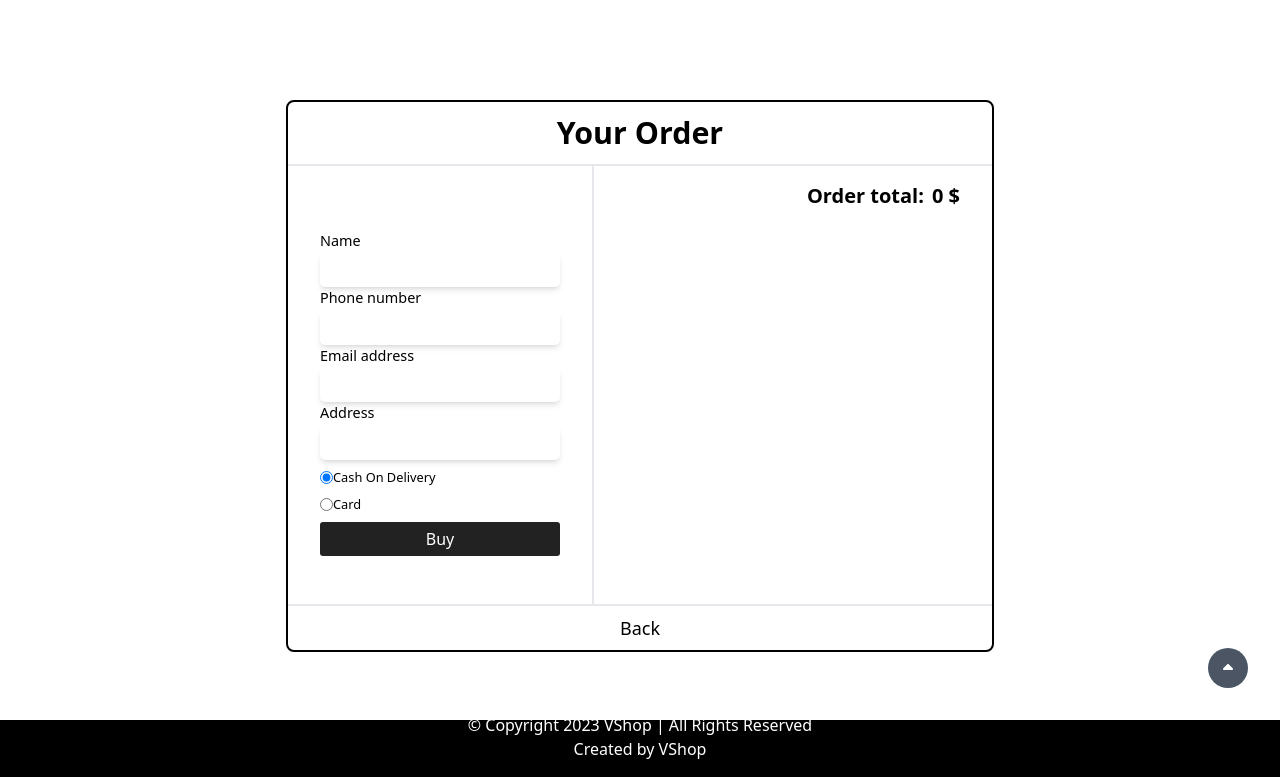
Repository: Kith933UTH/VSHOP
Page: /payment
The author's editor kept a copy of each file at every save. The page is drawn from the files as they stood at one save, then again after the next save.
The browser window is 1280 px wide. The pictures show the whole page.
Pictures or frames that could not be fetched are drawn as grey boxes. The project was rebuilt for these pictures with package versions that can differ from the ones it lists, and the page was loaded fresh each time. Also part of the build but not shown: src/components/product-item/ProductItem.js, src/components/loader/Loader.js, src/constants/constants.js, src/components/product-filters/Category.js, src/components/product-filters/Price.js, src/components/product-filters/Rating.js, src/components/product-filters/ProductFilters.js, src/components/cart-shopping/CartEmpty.js and 21 more.

Above is the page before, as saved 2023-08-05 00:27:58.

### public/index.html
<!DOCTYPE html>
<html lang="en">
  <head>
    <meta charset="utf-8" />
    <link rel="icon" href="./logo.png" />
    <meta name="viewport" content="width=device-width, initial-scale=1" />
    <meta name="theme-color" content="#000000" />
    <meta
      name="description"
      content="Web site created using create-react-app"
    />
    <link rel="apple-touch-icon" href="%PUBLIC_URL%/logo192.png" />
    <!--
      manifest.json provides metadata used when your web app is installed on a
      user's mobile device or desktop. See https://developers.google.com/web/fundamentals/web-app-manifest/
    -->
    <link rel="manifest" href="%PUBLIC_URL%/manifest.json" />
    <!--
      Notice the use of %PUBLIC_URL% in the tags above.
      It will be replaced with the URL of the `public` folder during the build.
      Only files inside the `public` folder can be referenced from the HTML.

      Unlike "/favicon.ico" or "favicon.ico", "%PUBLIC_URL%/favicon.ico" will
      work correctly both with client-side routing and a non-root public URL.
      Learn how to configure a non-root public URL by running `npm run build`.
    -->
    <title>VShop</title>
  </head>
  <body>
    <noscript>You need to enable JavaScript to run this app.</noscript>
    <div id="root"></div>
  </body>
</html>

### src/index.js
import React from 'react'
import ReactDOM from 'react-dom/client'
import App from './App'
import {Provider} from "react-redux"
import {BrowserRouter} from "react-router-dom"
import {store} from "./redux"
import './index.css'

const root = ReactDOM.createRoot(document.getElementById('root'))
root.render(
    <Provider store={store}>
        <BrowserRouter>
            <App />
        </BrowserRouter>
    </Provider>
)

### src/redux/index.js
import {configureStore} from "@reduxjs/toolkit"
import {productsApi} from "./products/products.api"
import {productReducer} from "./products/products.slice"
import {setupListeners} from "@reduxjs/toolkit/query"

export const store = configureStore({
    reducer: {
        [productsApi.reducerPath]: productsApi.reducer,
        product: productReducer
    },
    middleware: getDefaultMiddleware => getDefaultMiddleware().concat(productsApi.middleware)
})

setupListeners(store.dispatch)

### src/index.css
@tailwind base;
@tailwind components;
@tailwind utilities;

@layer utilities {
    input[type="number"]::-webkit-inner-spin-button,
    input[type="number"]::-webkit-outer-spin-button {
        @apply appearance-none;
    }
}

html, body {
    width: 100%;
    height: 100%;
}

body::-webkit-scrollbar,
.box-item::-webkit-scrollbar,
.search-box::-webkit-scrollbar{
    width: 8px;
}

main {
    display: flex;
    flex-direction: column;
    height: 100%;
}

body::-webkit-scrollbar-thumb,
.box-item::-webkit-scrollbar-thumb,
.search-box::-webkit-scrollbar-thumb{
    background-color: #ccc;
    border-radius: 20px;
}

#root {
    height: 100%;
}

body {
    overflow: hidden;
}

.productItem:hover {
    transition: opacity .3s linear;
    opacity: .5;
}

.box-item {
    height: 320px;
    overflow-y: scroll;
}

/* Loader */
.loader-box {
    width: 100px;
    height: 100px;
    display: flex;
    justify-content: center;
    align-items: center;
    margin: 50px auto 0;
}

.loader{
    position: relative;
    width: 70px;
    height: 70px;
}

.loader span {
    position: absolute;
    top:0;
    left: 0;
    width: 100%;
    height: 100%;
    transform: rotate(calc(18deg * var(--i)));
}

.loader span::before {
    content:'';
    position: absolute;
    top: 0;
    left: 0;
    width: 10px;
    height: 10px;
    background: #000;
    border-radius: 50%;
    transform: scale(0);
    animation: animate 2s linear infinite;
    animation-delay: calc(0.1s * var(--i));
}
@keyframes animate {
    0%{
        transform: scale(0);
    }
    10%{
        transform: scale(1.2);
    }
    80%,100%{
        transform: scale(0);
    }
}

### src/context/context.js
import {createContext} from "react"

export const Context = createContext()

### src/components/payment/Payment.js
import React from "react"
import {useDispatch, useSelector} from "react-redux"
import { Link, useNavigate } from "react-router-dom"
import { CartItemPayment } from "./CartItemPayment"
import './index.css'
export function Payment({login}) {
    const navigate = useNavigate()
    const {cart, btnCart} = useSelector(state => state.product)
    const totalPrice = () => {
        let price = 0
        cart.forEach(item => price += item.price * item.quantity)
        return Math.round(price * 0.9 * 100) / 100
    }

    return (
        <div className="payment-page text-center m-5-auto flex justify-center">
            <div className="border-2 rounded-lg border-black w-max h-fit">
            <h2 className="p-2">Your Order</h2>
            <div className="flex flex-row justify-center border-y-2">
                <form className="border-none bg-none m-0" action="/success">
                    <p>
                        <label>Name</label><br/>
                        <input className='shadow-md' type="text" name="name" required />
                    </p>
                    <p>
                        <label>Phone number</label><br/>
                        <input className='shadow-md' type="tel" name="tel" required />
                    </p>
                    <p>
                        <label>Email address</label><br/>
                        <input className='shadow-md' type="email" name="email" required />
                    </p>
                    <p>
                        <label>Address</label><br/>
                        <input className='shadow-md'  type="text" name="address" required />
                    </p>
                    <p className='flex justify-start pt-2'>
                        <input className='' type="radio" name="checkbox" defaultChecked/> <span>Cash On Delivery</span>
                    </p>
                    <p className='flex justify-start py-2'>
                        <input className='' type="radio" name="checkbox" /> <span>Card</span>
                    </p>

                    <p>
                        <button id="sub_btn"  type="submit">Buy</button>
                    </p>
                </form>
                <div className={`min-w-[400px] border-l-2 px-4 ${cart.length > 2 ? 'box-item' : ''}`}>
                    {cart.map(item => <CartItemPayment key={item.id} item={item}/>)}
                    <div className='flex justify-center sm:justify-end pt-4'>
                        <div className='w-fit rounded-xl flex flex-col justify-between items-center sm:flex-row'>
                            <div className='mr-0 sm:mr-4 font-semibold'>
                                <span className='mr-2 text-base sm:text-xl'>Order total:</span>
                                <span className='text-base sm:text-xl'>{totalPrice()} $</span>
                            </div>
                        </div>
                    </div>
                </div>
            </div>
            <footer>
                <button className="text-lg p-2" onClick={() => navigate(-1)}>Back</button>
            </footer>
            </div>
        </div>
    )
}

### src/components/policy/Policy.js
import React from "react"
import { Link } from "react-router-dom"
export function Policy() {
    return (
        <div className='text-white in-h-fit max-w-[1240px] mx-auto py-2 text-sm sm:text-base flex justify-around items-cente'>
            <Link className='text-lg font-medium text-center' to='/return-policy'>
                RETURN POLICIES
            </Link>
            <Link className='text-lg font-medium text-center' to='/warranty-policy'>
                WARRANTY POLICIES
            </Link>
            <Link className='text-lg font-medium text-center' to='/shipping-policy'>
                SHIPPING POLICIES
            </Link>
        </div>
    )
}

### src/components/login/index.css
/* .m-5-auto {
    margin: 5rem auto
} */

.primary-button {
    margin-top: 5rem;
    margin-right: 1rem;
    padding: .6rem;
    width: 10rem;
    background: #222;
    border: none;
    color: #fff;
    font-size: 1.2rem;
    transition: all .5s;
    cursor: pointer;
    text-transform: capitalize
}

/***    Landing Page     ***/
.main-title,
.main-para {
    color: #f1f1f1
}

.main-title {
    padding-top: 10rem;
    font-size: 5rem;
    font-family: 'Fascinate', cursive;
    text-transform: uppercase
}

.main-para {
    font-size: 2.5rem;
    text-Transform: capitalize
}

#reg_btn span {
    display: inline-block;
    position: relative;
    transition: 0.5s;
}

#reg_btn span:after {
    content: '\00bb';
    position: absolute;
    opacity: 0;
    top: 0;
    right: -20px;
    transition: 0.5s;
}

#reg_btn:hover span {
  padding-right: 25px;
}

#reg_btn:hover span:after {
  opacity: 1;
  right: 0;
}

/***    Login Page     ***/
.login-page h2 {
    font-weight: 700;
    font-size: 1.9rem;
}
.login-page {
    position: fixed;
    top: 0;
    left: 0;
    right: 0;
    bottom: 0;
    z-index: 10;
    background-color: white;
    padding-top: 100px;
}

.login-page form {
    display: inline-block;
    background: #f3f3f3;
    border: 1px solid #ddd;
    border-radius: 2px;
    padding: 2rem;
    margin: 2rem 0 1rem 0
}

.login-page form label {
    float: left;
    font-size: .9rem;
    margin: 0;
    padding: 0
}

.right-label {
    float: right;
    cursor: pointer
}

.login-page input {
    width: 15rem;
    padding: .3rem;
    border-radius: 5px;
    outline: none;
    border: none
}

#sub_btn {
    display: block;
    width: 100%;
    padding: .3rem;
    border: none;
    background: #222;
    color: #fff;
    border-radius: 3px;
}

#sub_btn:hover {
    background: #333;
    transition: all .5s
}

/* footer p {
    margin: 0;
    font-size: .9rem
} */

/***    Register Page     ***/
#checkbox {
    width: 1rem
}

form span {
    font-size: .8rem
}

#reset_pass_lbl {
    float: left
}

/***    Home Page     ***/
.home-page-title {
    color: #222
}


.register-page input {
    width: 15rem;
    padding: .3rem;
    border-radius: 5px;
    outline: none;
    border: none
}

.register-page h2 {
    font-weight: 700;
    font-size: 1.9rem;
}
.register-page {
    position: fixed;
    top: 0;
    left: 0;
    right: 0;
    bottom: 0;
    z-index: 10;
    background-color: white;
    padding-top: 100px;
}

.register-page form {
    display: inline-block;
    background: #f3f3f3;
    border: 1px solid #ddd;
    border-radius: 2px;
    padding: 2rem;
    margin: 2rem 0 1rem 0
}

.register-page form label {
    float: left;
    font-size: .9rem;
    margin: 0;
    padding: 0
}

### src/components/payment/index.css
.payment-page input:not(.payment-page input[type=radio]){
    width: 15rem;
    padding: .3rem;
    border-radius: 5px;
    outline: none;
    border: none
}

.payment-page h2 {
    font-weight: 700;
    font-size: 1.9rem;
}
.payment-page {
    position: fixed;
    top: 0;
    left: 0;
    right: 0;
    bottom: 0;
    z-index: 10;
    background-color: white;
    padding-top: 100px;
}

.payment-page form {
    display: inline-block;
    padding: 2rem;
    margin: 2rem 0 1rem 0
}

.payment-page form label {
    float: left;
    font-size: .9rem;
    margin: 0;
    padding: 0
}

### src/components/contact/index.css
.contact-section {
    /* height: 96vh; */
    width: 100%;
    border-bottom: 1px solid #999;
}

.form-area {
    position: relative;
    /* height:84vh; */
    width: 100%;
    background: black;
    -webkit-box-sizing: border-box;
    box-sizing: border-box;
}

.form-area .form-wrap {
    /* position: absolute; */
    /* left: 50%;
    -webkit-transform: translateX(-50%);
    -ms-transform: translateX(-50%);
    transform: translateX(-50%); */
    width: 1120px;
    background-color: white;
    background-size: cover;
    background-position: center;
    border-radius: 0.2rem;
    -webkit-box-sizing: border-box;
    box-sizing: border-box;
    -webkit-box-shadow: 0 0 0.4rem 0 #999;
    box-shadow: 0 0 0.4rem 0 #999;
}

.form-wrap .title {
    padding-top: 2.4rem;
    width: 100%;
    -webkit-box-sizing: border-box;
    box-sizing: border-box;
}

.form-wrap .title h1 {
    color: black;
    font-size: 2.6rem;
    text-align: center;
}

.form-wrap .contact-area {
    padding-top: 3rem;
    display: -webkit-box;
    display: -ms-flexbox;
    display: flex;
    width: 100%;
    height: auto;
    -webkit-box-sizing: border-box;
    box-sizing: border-box;
}

.contact-area .contact-info {
    display: flex;
    flex-direction: column;
    justify-content: center;
    align-items: center;
    width: 35%;
    height: 100%;
    margin-left: 6rem;
}

.contact-info>div {
    margin-bottom: 1rem;
    display: -webkit-box;
    display: -ms-flexbox;
    display: flex;
    -webkit-box-align: center;
    -ms-flex-align: center;
    align-items: center;
}

.contact-info>div>p {
    color: #333;
    font-size: 1.4rem;
    font-weight: 500;
    text-align: center;
}

.contact-info>div>span {
    color: #61790a;
    font-size: 2rem;
    margin-right: 0.8rem;
}

.contact-area .contact-form {
    display: -webkit-box;
    display: -ms-flexbox;
    display: flex;
    -webkit-box-orient: vertical;
    -webkit-box-direction: normal;
    -ms-flex-direction: column;
    flex-direction: column;
    width: 60%;
    height: auto;
    padding: 0 3rem;
    -webkit-box-sizing: border-box;
    box-sizing: border-box;
}

.contact-form .name-field {
    display: -webkit-box;
    display: -ms-flexbox;
    display: flex;
    -webkit-box-pack: justify;
    -ms-flex-pack: justify;
    justify-content: space-between;
}

.name-field .input-area {
    width: 48%;
}

.contact-form .input-area {
    position: relative;
    margin-bottom: 2rem;
}

.input-area input {
    height: 3rem;
    width: 100%;
    color: #333;
    font-size: 1.2rem;
    border: 2px solid #fff;
    border-radius: 0.2rem;
    /* background: #eff; */
    -webkit-box-shadow: 0 0 0.1rem #666;
    box-shadow: 0 0 0.1rem #666;
    outline: none;
    padding: 0 1rem;
    -webkit-box-sizing: border-box;
    box-sizing: border-box;
    -webkit-transition: all 0.3s ease;
    -o-transition: all 0.3s ease;
    transition: all 0.3s ease;
}

.input-area label {
    position: absolute;
    top: 50%;
    left: 1rem;
    -webkit-transform: translateY(-50%);
    -ms-transform: translateY(-50%);
    transform: translateY(-50%);
    color: #333;
    font-size: 1.2rem;
    font-weight: 500;
    -webkit-transition: all 0.3s ease;
    -o-transition: all 0.3s ease;
    transition: all 0.3s ease;
}

.input-area input:focus~label,
.input-area input:valid~label {
    top: -0.8rem;
    left: 0;
    color: #fff;
    background: #111;
    border-radius: 5px;
    padding: 0.2rem;
    font-size: 1rem;
}

.contact-form .message-area {
    position: relative;
    -webkit-box-flex: 1;
    -ms-flex: 1 1 auto;
    flex: 1 1 auto;
    height: 200px;
    width: 100%;
}

.message-area textarea {
    height: 100%;
    width: 100%;
    border: 2px solid #fff;
    outline: none;
    font-size: 1.2rem;
    padding: 1rem;
    color: #333;
    -webkit-box-sizing: border-box;
    box-sizing: border-box;
    -webkit-box-shadow: 0 0 0.1rem #666;
    box-shadow: 0 0 0.1rem #666;
    border-radius: 0.2rem;
    resize: vertical;
    -webkit-transition: all 0.3s ease;
    -o-transition: all 0.3s ease;
    transition: all 0.3s ease;
}

.message-area label {
    position: absolute;
    color: #333;
    font-weight: 500;
    font-size: 1.2rem;
    top: 1rem;
    left: 1rem;
    -webkit-transition: all 0.3s ease;
    -o-transition: all 0.3s ease;
    transition: all 0.3s ease;
}

.message-area textarea:focus~label,
.message-area textarea:valid~label {
    top: -1.6rem;
    left: 0;
    color: #fff;
    padding: 0.2rem;
    background: #111;
    font-size: 1rem;
}

.contact-form .btn {
    margin-top: 1.8rem;
}

.contact-form .btn button {
    height: 3.2rem;
    width: 8rem;
    border: none;
    outline: none;
    color: #fff;
    font-size: 1.2rem;
    background: black;
    border-radius: 0.1rem;
    cursor: pointer;
}

#contact.menu-active {
    padding-top: 2rem;
}

### src/components/contact/reponsive.css
@media screen and (min-width: 940px) and (max-width: 1360px) {
    /* .contact-section {
        height: 107vh;
    } */
    .form-area .form-wrap {
        width: 90%;
        height: 620px;
    }
}

@media screen and (max-width: 1040px) {
    .contact-area .contact-info {
        margin-left: 0;
        display: flex;
        flex-direction: column;
        justify-content: center;
        align-items: center;
    }

    .contact-area .contact-form {
        padding: 0 1.8rem;
    }

}



@media screen and (max-width: 940px) {
    /* .contact-section {
        height: 148vh;
    } */

    .form-area .form-wrap {
        padding-bottom: 3.6rem;
        width: 80%;
        height: auto;
    }

    .form-wrap .contact-area {
        -webkit-box-orient: vertical;
        -webkit-box-direction: normal;
        -ms-flex-direction: column;
        flex-direction: column;
        -webkit-box-pack: center;
        -ms-flex-pack: center;
        justify-content: center;
    }

    .contact-area .contact-info {
        width: 100%;
    }

    .contact-area .contact-form {
        width: 100%;
        padding: 1rem 4rem 0 4rem;
    }
}

/*
@media screen and (max-width: 836px) {
    .contact-section {
        min-height: 96vh;
    }
} */

@media screen and (max-width: 770px) {
    .contact-section {
        height: 1100px;
    }

    .form-area .form-wrap {
        width: 88%;
        height: auto;
    }
}

@media screen and (max-width: 680px) {
    .contact-section {
        height: 1100px;
    }


    .form-area .form-wrap {
        /* top: -82%; */
        width: 88%;
        height: auto;
    }

}


@media screen and (max-width: 490px) {
    .contact-section {
        height: 1100px;
    }

    .contact-area .contact-info {
        width: 88%;
        margin-left: 1.2rem;
    }

    .form-area .form-wrap {
        /* top: -82%; */
        width: 88%;
        height: auto;
    }

    .contact-info>div>p {
        font-size: 1.2rem;
    }

    .contact-area .contact-form {
        margin-top: 1.4rem;
        padding: 0 1.2rem;
    }

}

@media screen and (max-width: 390px) {
    .contact-section {
        height: 1130px;
    }

    .contact-area .contact-info {
        width: 80%;
        /* margin-left: 1.2rem; */
    }

    .form-area .form-wrap {
        width: 90%;
        height: auto;
    }

    .contact-info>div>p {
        font-size: 1.2rem;
    }

    .contact-area .contact-form {
        width: 100%;
        padding: 1rem 1rem 0 1rem;
    }
}


@media screen and (max-width: 340px) {
    .contact-section {
        height: 980px;
    }

    .form-area .form-wrap {
        top: -86%;
        width: 96%;
    }

    .contact-area  {
        width: 100%;
    }

    .contact-area .contact-info {
        width: 100%;
        margin-left: 1rem;
    }

    .form-wrap .title h1 {
        font-size: 2rem;
    }

    .contact-info>h2 {
        font-size: 1.6rem;
    }

    .contact-info>div>p {
        font-size: 1rem;
    }

    .contact-info>div>span {
        font-size: 1.2rem;
    }

    .input-area label {
        font-size: 1rem;
    }

    .message-area label {
        font-size: 1rem;
    }

}

Loaded but not shown: tailwind.config.js (common file); src/components/contact/Contact.js (66 lines, source omitted); src/App.js (48 lines, source omitted); src/redux/products/products.slice.js (60 lines, source omitted); src/components/footer/Footer.js (38 lines, source omitted); src/redux/products/products.api.js (32 lines, source omitted); src/components/btn-scroll/BtnScroll.js (22 lines, source omitted)

After the next save:
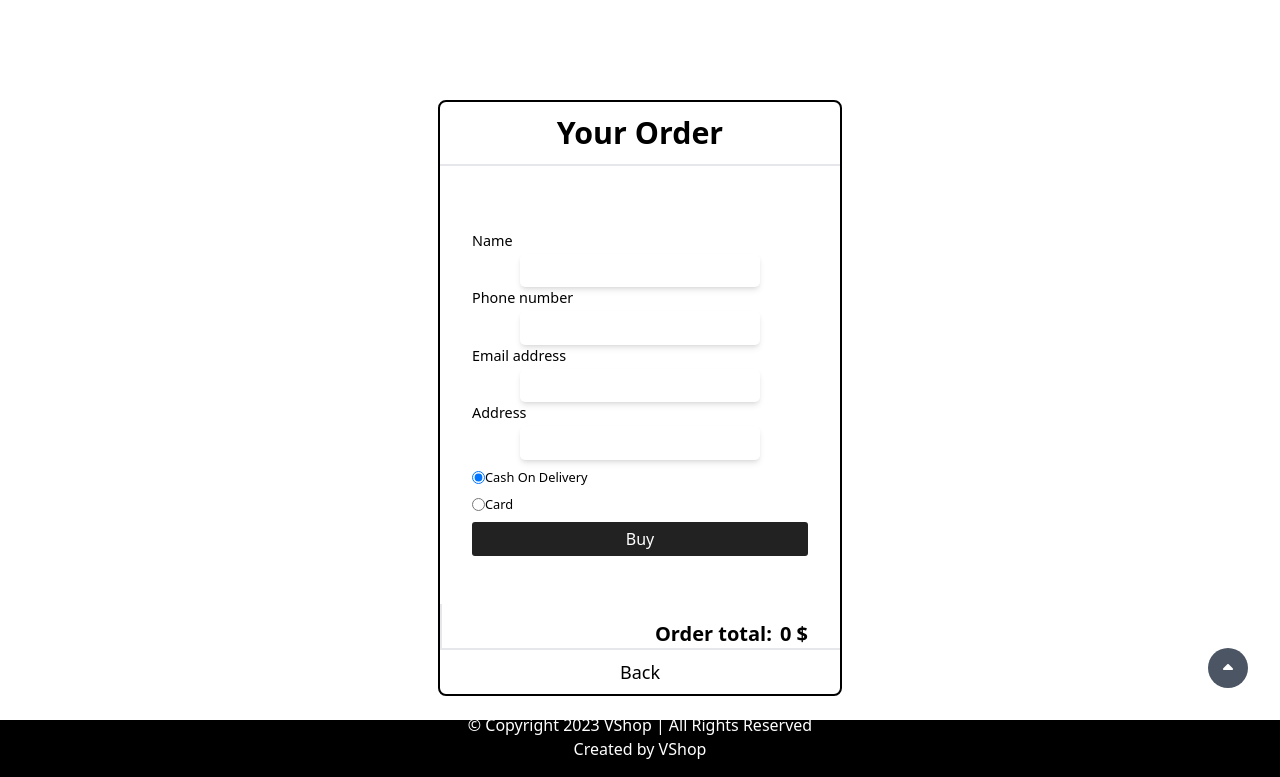
Saved 94 s later.
--- a/src/components/payment/Payment.js
+++ b/src/components/payment/Payment.js
@@ -16,7 +16,7 @@ export function Payment({login}) {
         <div className="payment-page text-center m-5-auto flex justify-center">
             <div className="border-2 rounded-lg border-black w-max h-fit">
             <h2 className="p-2">Your Order</h2>
-            <div className="flex flex-row justify-center border-y-2">
+            <div className="flex flex-row md:flex-col justify-center border-y-2">
                 <form className="border-none bg-none m-0" action="/success">
                     <p>
                         <label>Name</label><br/>

After the 3 saves that followed:
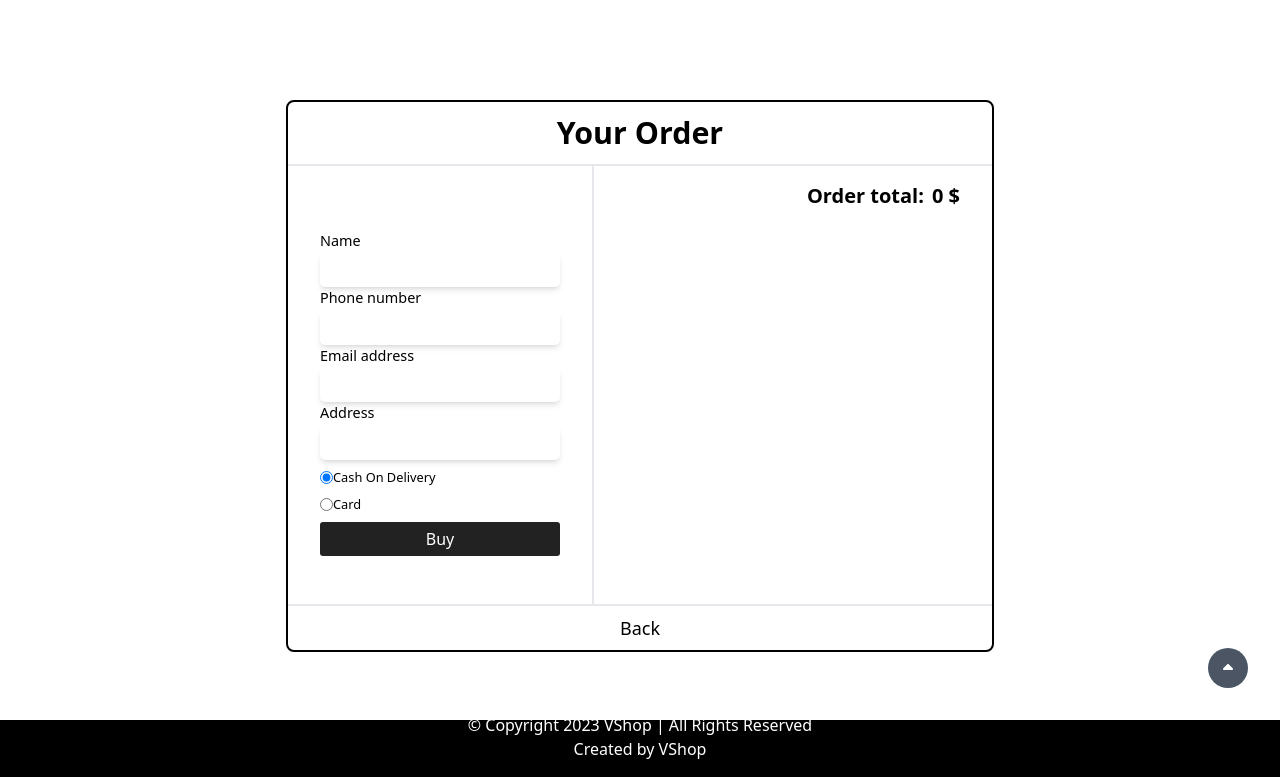
The 3 saves are shown as one change because 2 left the picture as it was.
The last was saved 2 min 35 s later.
--- a/src/components/payment/Payment.js
+++ b/src/components/payment/Payment.js
@@ -16,7 +16,7 @@ export function Payment({login}) {
         <div className="payment-page text-center m-5-auto flex justify-center">
             <div className="border-2 rounded-lg border-black w-max h-fit">
             <h2 className="p-2">Your Order</h2>
-            <div className="flex flex-row md:flex-col justify-center border-y-2">
+            <div className="flex flex-col md:flex-row justify-center border-y-2">
                 <form className="border-none bg-none m-0" action="/success">
                     <p>
                         <label>Name</label><br/>
--- a/src/components/payment/index.css
+++ b/src/components/payment/index.css
@@ -19,6 +19,7 @@
     z-index: 10;
     background-color: white;
     padding-top: 100px;
+    min-height: 100vh;
 }
 
 .payment-page form {
